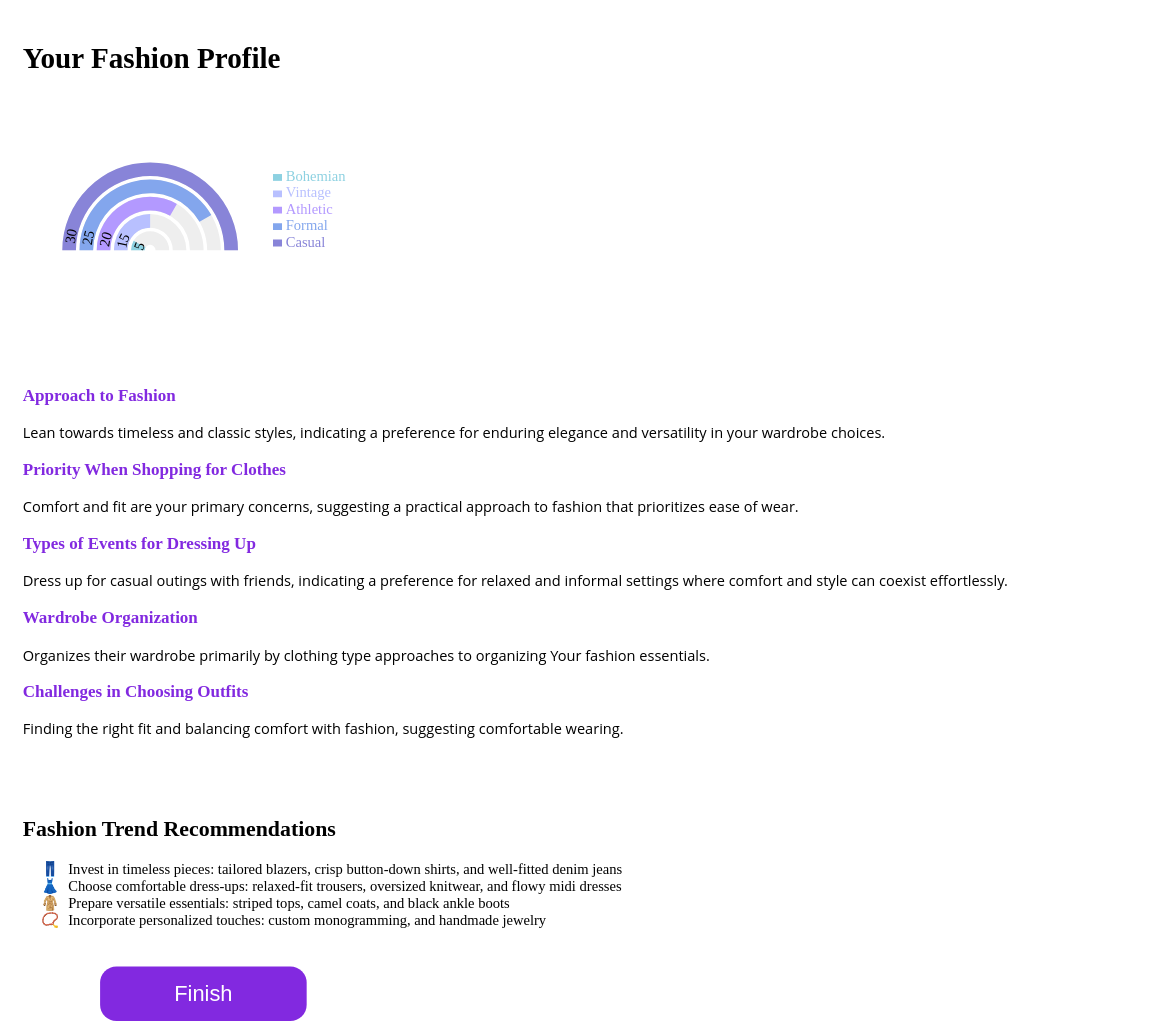
Repository: navnneett/clotho
Page: /QuizQuestions/Chart
The author's editor kept a copy of each file at every save. The page is drawn from the files as they stood at one save, then again after the next save.
The browser window is 1280 px wide. The pictures show the whole page, at 91% of full size.
The project was rebuilt for these pictures with package versions that can differ from the ones it lists, and the page was loaded fresh each time. The framework's server and built-in components were replaced by stand-ins that run in the browser. Also part of the build but not shown: next.config.js, next.config.mjs.

Above is the page before, as saved 2024-04-06 19:33:23.

### pages/QuizQuestions/Chart.js
import styles from "../../styles/Chart.module.css";
import React, { useEffect, useState } from "react";
import { RadialBarChart, RadialBar, Legend, Tooltip } from "recharts";
import Button from "@/components/Button";
import Link from "next/link";


export default function Chart() {

    const [isClient, setIsClient] = useState(false)

    useEffect(() => {
        setIsClient(true)
    }, [])

    const data = [
        {
            "name": "Bohemian",
            "uv": 5,
            "pv": 5,
            "fill": "var(--chart-color-cyan)"
        },
        {
            "name": "Vintage",
            "uv": 15,
            "pv": 15,
            "fill": "var(--chart-color-light-purple)"
        },
        {
            "name": "Athletic",
            "uv": 20,
            "pv": 20,
            "fill": "var(--chart-color-bright-purple)"
        },
        {
            "name": "Formal",
            "uv": 25,
            "pv": 25,
            "fill": "var(--chart-color-blue)"
        },
        {
            "name": "Casual",
            "uv": 30,
            "pv": 30,
            "fill": "var(--chart-color-purple)"
        },
    ]

    return(
        <>
            <div className={styles.questionAnalysis}>
                <h1 className={styles.title}>Your Fashion Profile</h1>
                <div className={styles.chart}>
                    {isClient ?
                        <RadialBarChart
                            width={400}
                            height={300}
                            innerRadius="10%"
                            outerRadius="80%"
                            data={data}
                            startAngle={180}
                            endAngle={0}
                            cx={140}
                            cy={170}
                            >
                        <RadialBar minAngle={15} label={{ fill: 'var(--button-linear-light)', position: 'insideStart' }} background clockWise={true} dataKey='uv' />
                        <Legend iconSize={10} width={120} height={140} layout='vertical' verticalAlign='middle' align="right"/>
                        <Tooltip/>
                    </RadialBarChart> : <></>}
                </div>
                <div className={styles.mainContents}>
                    <h3 className={styles.analysisTitle}>Approach to Fashion</h3>
                    <p className={styles.analysisContent}>Lean towards timeless and classic styles, indicating a preference for enduring elegance and versatility in your wardrobe choices.</p>
                    <h3 className={styles.analysisTitle}>Priority When Shopping for Clothes</h3>
                    <p className={styles.analysisContent}>Comfort and fit are your primary concerns, suggesting a practical approach to fashion that prioritizes ease of wear.</p>
                    <h3 className={styles.analysisTitle}>Types of Events for Dressing Up</h3>
                    <p className={styles.analysisContent}>Dress up for casual outings with friends, indicating a preference for relaxed and informal settings where comfort and style can coexist effortlessly.</p>
                    <h3 className={styles.analysisTitle}>Wardrobe Organization</h3>
                    <p className={styles.analysisContent}>Organizes their wardrobe primarily by clothing type approaches to organizing Your fashion essentials.</p>
                    <h3 className={styles.analysisTitle}>Challenges in Choosing Outfits</h3>
                    <p className={styles.analysisContent}>Finding the right fit and balancing comfort with fashion, suggesting comfortable wearing.</p>
                </div>
            </div>
            <div className={styles.questionAnalysis}>
                <h2 className={styles.title} id="space">Fashion Trend Recommendations</h2>
                <ul analysisContent>
                    <li className={styles.bulletPointJean}>Invest in timeless pieces: tailored blazers, crisp button-down shirts, and well-fitted denim jeans</li>
                    <li className={styles.bulletPointDress}>Choose comfortable dress-ups: relaxed-fit trousers, oversized knitwear, and flowy midi dresses</li>
                    <li className={styles.bulletPointTShirt}>Prepare versatile essentials: striped tops, camel coats, and black ankle boots</li>
                    <li className={styles.bulletPointShoes}>Incorporate personalized touches: custom monogramming, and handmade jewelry</li>
                </ul>
            </div>
            <Link href={'/'} className={styles.buttonPosition}>
                <Button title="Finish" />
            </Link>
        </>
    )
}

### styles/globals.css
:root {

    --transparency: rgba(0, 0, 0, 0);
    --gray: rgb(119, 119, 119);
    --red: rgb(201, 8, 8);

    --large: 21px;
    --medium: 18px;
    --small: 16px;
    --logo: 25px;

    --button-linear-light: 45deg, rgba(221, 184, 255, 0.8), rgba(214, 239, 255, 0.8);
    --button-outline-light: 2px solid #B8C0FF;
    --button-highlight-light: #8229E0;
    --black: black;
    --white: white;
    --light-gray: #B3B3B3;

    --chart-color-purple: #8884d8;
    --chart-color-blue: #83a6ed;
    --chart-color-cyan: #8dd1e1;
    --chart-color-bright-purple: #b399ff;
    --chart-color-light-purple: #b8c0ff;



    /* Text styles */
    --open-sans-text: 'Open Sans', sans-serif;
    --open-sans-weight: 500;
    --open-sans-size: 1.7rem;

    --roboto-slab-text: 'Roboto Slab', serif;
    --roboto-slab-weight: 600;
    --roboto-slab-size: 3rem;
}

html,
body {
    margin: 0;
    padding: 0;
}

### styles/Chart.module.css
.questionAnalysis {
    padding: 25px;
}

.title {
    font-family: var(--roboto-slab-text);
}
.analysisTitle {
    font-family: var(--roboto-slab-text);
    color: var(--button-highlight-light);
}

.analysisContent {
    font-family: var(--open-sans-text);
}

.bulletPointJean {
    list-style-type: '👖';
    padding-left: 10px;
}

.bulletPointDress {
    list-style-type: '👗';
    padding-left: 10px;
}

.bulletPointTShirt {
    list-style-type: '🧥';
    padding-left: 10px;
}

.bulletPointShoes {
    list-style-type: '📿';
    padding-left: 10px;
}

.buttonPosition {
    padding-left: 110px;
}

### components/Button/index.js
import styles from './Button.module.css'

export default function Button({
    title = "test",
    onClick = () => {}
}) {
    return (
        <button className={styles.button} onClick={onClick}>
            {title}
        </button>
    )
}

### components/Button/Button.module.css
.button {
    width: 227px;
    height: 60px;
    padding: 0;
    font-size: 24px;
    background-color: var(--button-highlight-light);
    color: var(--white);
    border: none;
    border-radius: 18px;
    cursor: pointer;
}

.button:hover {
    background-color: rgb(189, 43, 226);
}

Loaded but not shown: pages/_app.js (common file); pages/_document.js (common file)

After the next save:
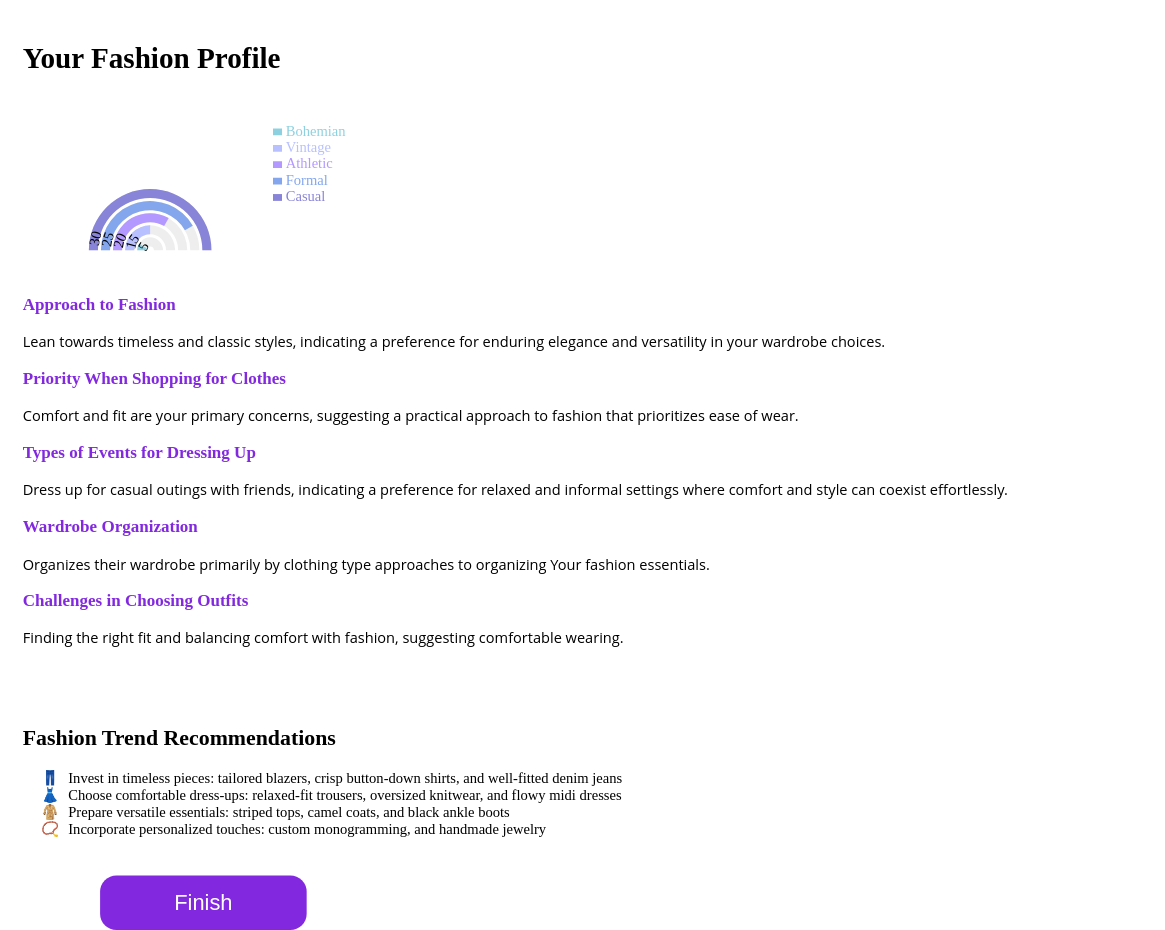
Saved 16 s later.
--- a/pages/QuizQuestions/Chart.js
+++ b/pages/QuizQuestions/Chart.js
@@ -54,7 +54,7 @@
                     {isClient ?
                         <RadialBarChart
                             width={400}
-                            height={300}
+                            height={200}
                             innerRadius="10%"
                             outerRadius="80%"
                             data={data}

After the save that followed:
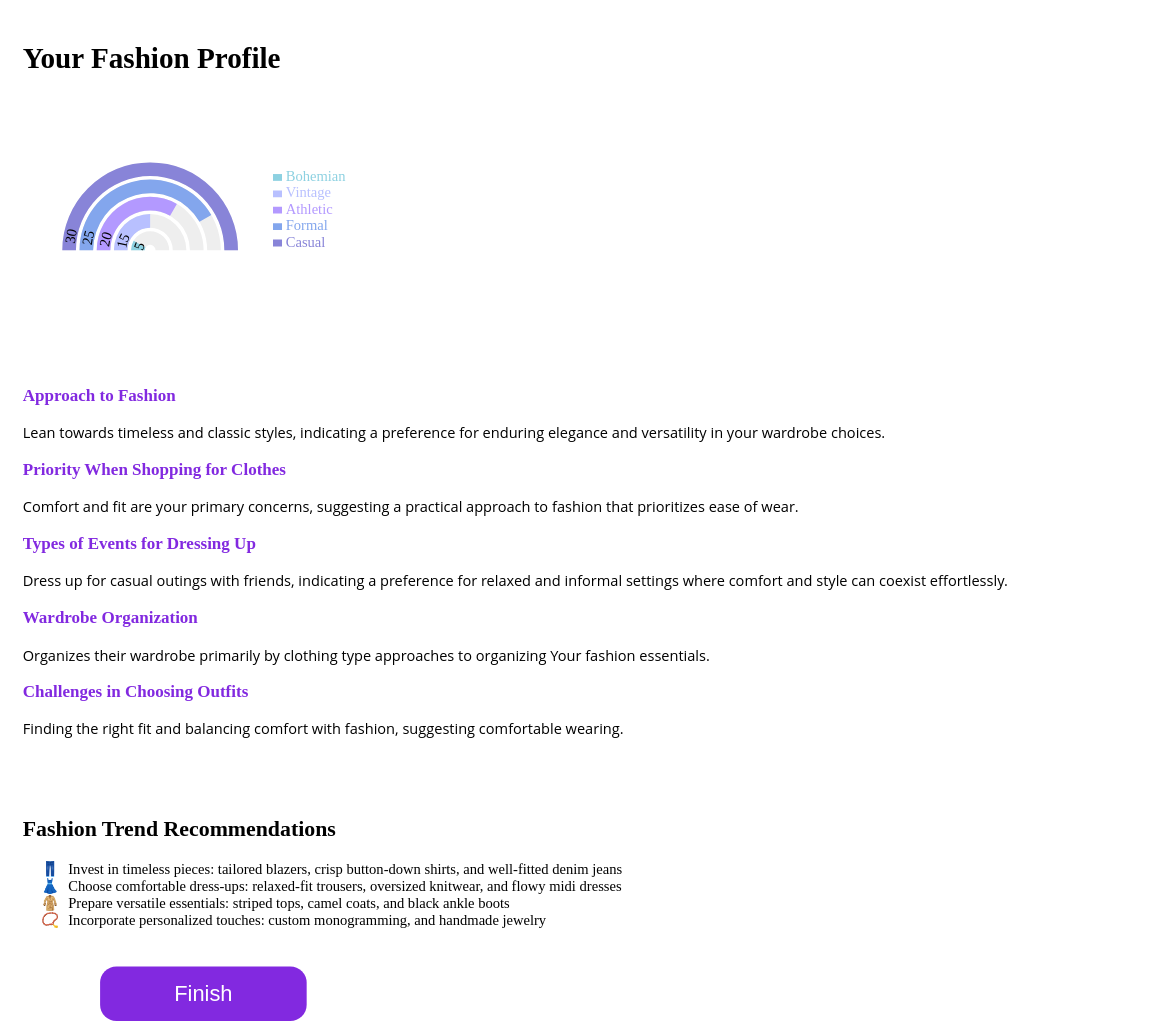
Saved 4 s later.
--- a/pages/QuizQuestions/Chart.js
+++ b/pages/QuizQuestions/Chart.js
@@ -54,7 +54,7 @@
                     {isClient ?
                         <RadialBarChart
                             width={400}
-                            height={200}
+                            height={300}
                             innerRadius="10%"
                             outerRadius="80%"
                             data={data}
